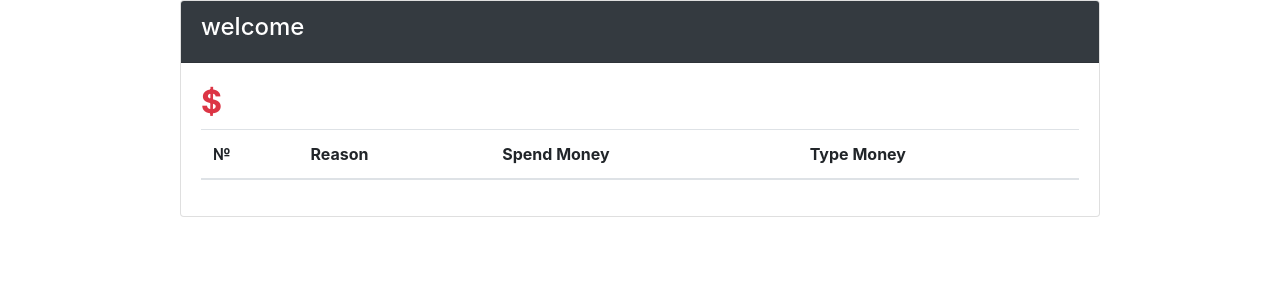
Repository: surefaceJS/allMyWorkInaliLinux
Page: hardcha/index.html
These files come from the project's save history. The page is drawn as it stood at one moment and after the next save; the edit follows.
The browser window is 1280 px wide. The pictures show the whole page.

Above is the page before, as saved 2021-04-19 11:36:31.

After the next save:
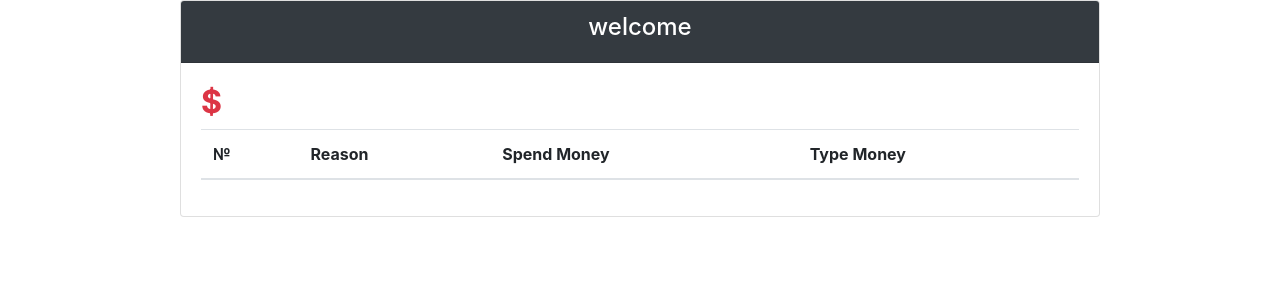
Saved 8 s later.
--- a/hardcha/index.html
+++ b/hardcha/index.html
@@ -20,7 +20,7 @@
             <div class="col-10 m-auto">
                 <div class="card">
 
-                    <div class="card-header bg-dark text-white">
+                    <div class="card-header bg-dark text-white text-center">
                         <h4>welcome <span id="pushName"></span> </h4>
                     </div>
                     <div class="card-body">
